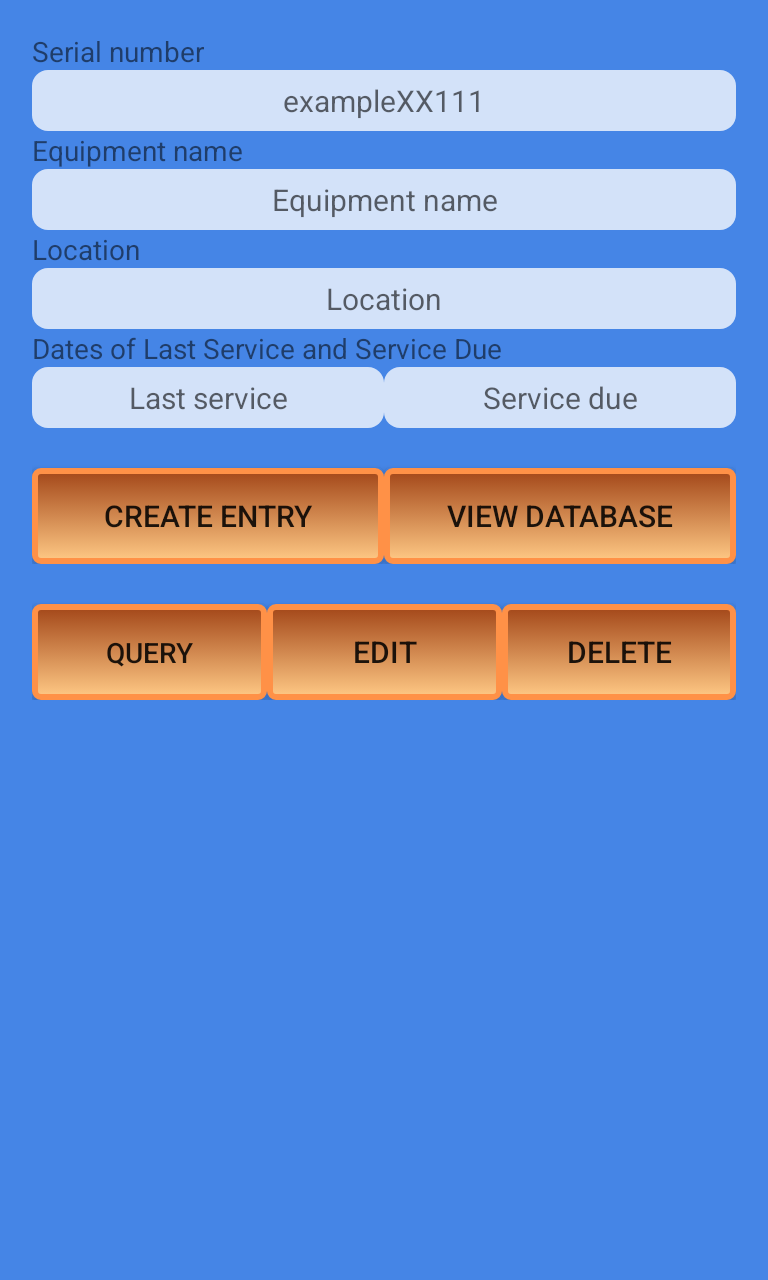
Repository: procmillie/AppKeepV9.12.14
Layout: StupidApp/res/layout/activity_database__home123.xml
An editor plug-in stored every save of this project. The layout is shown before and after the next save, followed by the edit.
It is drawn on a 768 x 1280 px phone screen (xhdpi) without system bars, with theme AppTheme; the app's code is not run.

Above is the layout before, as saved 2014-11-26 18:39:22.

### StupidApp/res/layout/activity_database__home123.xml
<LinearLayout xmlns:android="http://schemas.android.com/apk/res/android"
    xmlns:tools="http://schemas.android.com/tools"
    android:layout_width="match_parent"
    android:layout_height="match_parent"
    android:background="@color/bground_color"
    android:orientation="vertical"
    android:paddingBottom="@dimen/activity_vertical_margin"
    android:paddingLeft="@dimen/activity_horizontal_margin"
    android:paddingRight="@dimen/activity_horizontal_margin"
    android:paddingTop="@dimen/activity_vertical_margin"
    tools:context="ie.nuim.cs.appkeep.Database_Home" >

    <!-- Text box for equipment serial number -->

    <TextView
        android:id="@+id/tv_serial_num"
        android:layout_width="wrap_content"
        android:layout_height="wrap_content"
        android:gravity="center"
        android:text="@string/serial_num" />

    <EditText
        android:id="@+id/et_db_serial_num"
        android:layout_width="match_parent"
        android:layout_height="wrap_content"
        android:layout_gravity="center"
        android:background="@drawable/rounded_box"
        android:ems="10"
        android:gravity="center"
        android:hint="@string/serial_num_hint"
        android:padding="5dp"
        android:textSize="15sp" />

    <!-- Text box for equipment name -->

    <TextView
        android:id="@+id/tv_db_equip_name"
        android:layout_width="wrap_content"
        android:layout_height="wrap_content"
        android:gravity="center"
        android:text="@string/equip_name" />

    <EditText
        android:id="@+id/et_db_equip_name"
        android:layout_width="match_parent"
        android:layout_height="wrap_content"
        android:layout_gravity="center"
        android:background="@drawable/rounded_box"
        android:ems="10"
        android:gravity="center"
        android:hint="@string/equip_name"
        android:padding="5dp"
        android:textSize="15sp" />

    <!-- Text box for equipment location -->

    <TextView
        android:id="@+id/tv_db_eqip_location"
        android:layout_width="wrap_content"
        android:gravity="center"
        android:layout_height="wrap_content"
        android:text="@string/equip_location" />

    <EditText
        android:id="@+id/et_db_eqip_location"
        android:layout_width="match_parent"
        android:layout_height="wrap_content"
        android:layout_gravity="center"
        android:background="@drawable/rounded_box"
        android:ems="10"
        android:gravity="center"
        android:hint="@string/equip_location"
        android:padding="5dp"
        android:textSize="15sp" />

   <!-- Allowing two edit text views linking to datePickers on the same line -->


    <TextView
        android:id="@+id/tv_db_set_dates"
        android:layout_width="wrap_content"
        android:gravity="center"
        android:layout_height="wrap_content"
        android:text="Dates of Last Service and Service Due" />

    <LinearLayout
        android:layout_width="match_parent"
        android:layout_height="wrap_content"
        android:orientation="horizontal" >

        <!-- Button to conect to DatePicker for date of last service -->


    <EditText
        android:id="@+id/et_db_set_last_date"
        android:layout_width="match_parent"
        android:layout_height="wrap_content"
        android:layout_gravity="center"
        android:background="@drawable/rounded_box"
        android:ems="10"
        android:gravity="center"
        android:hint="@string/date_last"
        android:padding="5dp"
        android:layout_weight="40"
        android:textSize="15sp" />


    <EditText
        android:id="@+id/et_db_set_due_date"
        android:layout_width="match_parent"
        android:layout_height="wrap_content"
        android:layout_gravity="center"
        android:background="@drawable/rounded_box"
        android:ems="10"
        android:gravity="center"
        android:hint="@string/date_due"
        android:padding="5dp"
        android:layout_weight="40"
        android:textSize="15sp" />
       <!--   <Button
            android:id="@+id/bn_db_date_last_service"
            android:layout_width="wrap_content"
            android:layout_height="wrap_content"
            android:layout_marginTop="20dp"
            android:layout_marginEnd="20dp"
            android:layout_marginRight="20dp"
            android:layout_marginLeft="20dp"
            android:layout_weight="1"
            android:background="@drawable/button_style"
            android:paddingLeft="4dp"
            android:paddingRight="4dp"
            android:text="@string/date_last"
            android:textSize="15sp" />

         Button to conect to DatePicker for date service due

        <Button
            android:id="@+id/bn_db_date_due"
            android:layout_width="wrap_content"
            android:layout_height="wrap_content"
            android:layout_marginRight="20dp"
            android:layout_marginLeft="20dp"
            android:layout_marginStart="20dp"
            android:layout_marginTop="20dp"
            android:layout_weight="1"
            android:background="@drawable/button_style"
            android:paddingLeft="4dp"
            android:paddingRight="4dp"
            android:text="@string/date_due"
            android:textSize="15sp" />-->

    </LinearLayout>


    <!-- Allowing two buttons to appear on the same line within the wrapper LinearLayout -->

    <LinearLayout
        android:layout_width="match_parent"
        android:layout_height="wrap_content"
        android:orientation="horizontal"
        android:weightSum="100">

        <!-- Button to input database -->

        <Button
            android:id="@+id/bn_db_input"
            android:layout_width="match_parent"
            android:layout_height="wrap_content"
            android:layout_marginTop="20dp"
            android:layout_weight="50"
            android:background="@drawable/button_style"
            android:paddingLeft="4dp"
            android:paddingRight="4dp"
            android:text="@string/create_entry"

            android:textSize="15sp" />

        <!-- Button to view database -->

        <Button
            android:id="@+id/bn_db_view"
            android:layout_width="match_parent"
            android:layout_height="wrap_content"
            android:layout_marginTop="20dp"

            android:background="@drawable/button_style"
            android:paddingLeft="4dp"
            android:paddingRight="4dp"
            android:text="@string/view_db"
            android:layout_weight="50"
            android:textSize="15sp" />

    </LinearLayout>


     <!-- Buttons to edit, query and delete database -->

    <LinearLayout
        android:layout_width="match_parent"
        android:layout_height="wrap_content"
        android:orientation="horizontal" >



        <Button
        android:id="@+id/bn_db_set_query"
        android:layout_width="match_parent"
        android:layout_height="wrap_content"

        android:layout_marginTop="20dp"
        android:layout_weight="30"
        android:gravity="center"
        android:background="@drawable/button_style"
        android:text="@string/query" />


        <Button
            android:id="@+id/bn_db_edit"
            android:layout_width="match_parent"
            android:layout_height="wrap_content"
            android:layout_marginTop="20dp"
             android:layout_weight="30"
            android:background="@drawable/button_style"

            android:text="@string/edit_entry"

            android:textSize="15sp" />



        <Button
            android:id="@+id/bn_db_delete"
            android:layout_width="match_parent"
            android:layout_height="wrap_content"
            android:layout_marginTop="20dp"

            android:background="@drawable/button_style"
            android:paddingLeft="4dp"
            android:paddingRight="4dp"
            android:text="@string/delete_entry"
            android:layout_weight="30"
            android:textSize="15sp" />


     </LinearLayout>

</LinearLayout>

### StupidApp/res/values/strings.xml
<?xml version="1.0" encoding="utf-8"?>
<resources>

    <string name="app_name">AppKeep</string>
    <string name="hello_world">Hello world!</string>
    <string name="action_settings">Settings</string>

    <!-- Strings for DATABASE INPUT screen -->
    <!-- Setting up background color and strings for text hints and text box titles that let users know what data to enter -->

    <color name="bground_color">#4585E6</color>
    <color name="editText_bground">#D3E2F9</color>
    <string name="serial_num">Serial number</string>
    <string name="serial_num_hint">exampleXX111</string>
    <string name="equip_name">Equipment name</string>
    <string name="equip_location">Location</string>
    <string name="date_last">Last service</string>
    <string name="date_due">Service due</string>
    <string name="set_reminder">Set Reminder</string>
    <string name="query">Query</string>

    <string name="view_db">View Database</string>
    <string name="num">Number</string>
    <string name="edit_entry">Edit</string>
      <string name="delete_entry">Delete</string>


    <!--  Manifest String names -->
    <string name="database_homescreen">Database Homescreen</string>
    <string name="database_view">Database View</string>

    <!--  DatePicker String names -->
     <string name="set_date">Set Date</string>
     <string name="set_date_hint">Set Date</string>
     <string name="set_date_last_service">Set Date of Last Service</string>


    <!--  Button strings to input and edit database entries. Colors used:
    #FF9147 - pale gold
    #FF8533 - dark gold
    A34719 - brown-->
    <string name="create_entry">Create entry</string>
    <string name="view_database">View Database</string>
    <color name="bn_color">#FF9147</color>
    <color name="bn_color2">#FFC985</color>
    <color name="bn_color3">#FF0000</color>
    <color name="bn_color4">#FF3333</color>
    <color name="bn_color5">#FFC985</color>
    <color name="bn_color6">#A34719</color>
    <color name="bn_color7">#99FF66</color>




</resources>

### StupidApp/res/drawable-hdpi/rounded_box.xml
<?xml version="1.0" encoding="utf-8"?>


<!-- Styling the editText box, rounded corners and light blue background -->

    <shape xmlns:android="http://schemas.android.com/apk/res/android"
    android:padding="8dp"

    android:shape="rectangle" >
    <solid android:color="#D3E2F9" />
    <corners android:radius="8dp" />
</shape>

### StupidApp/res/drawable-hdpi/button_style.xml
<?xml version="1.0" encoding="utf-8"?>
<selector
    xmlns:android="http://schemas.android.com/apk/res/android">

    <item android:state_pressed="true" >
        <shape>
            <gradient
                android:startColor="@color/bn_color"
                android:endColor="@color/bn_color2"
                android:angle="270" />
            <stroke
                android:width="3dp"
                android:color="@color/bn_color" />
            <corners
                android:radius="3dp" />
            <padding
                android:left="10dp"
                android:top="10dp"
                android:right="10dp"
                android:bottom="10dp" />
        </shape>
    </item>

    <item android:state_focused="true" >
        <shape>
            <gradient
                android:endColor="@color/bn_color3"
                android:startColor="@color/bn_color4"
                android:angle="270" />
            <stroke
                android:width="3dp"
                android:color="@color/bn_color" />
            <corners
                android:radius="3dp" />
            <padding
                android:left="10dp"
                android:top="10dp"
                android:right="10dp"
                android:bottom="10dp" />
        </shape>
    </item>

    <item>
        <shape>
            <gradient
                android:endColor="@color/bn_color5"
                android:startColor="@color/bn_color6"
                android:angle="270" />
            <stroke
                android:width="3dp"
                android:color="@color/bn_color" />
            <corners
                android:radius="3dp" />
            <padding
                android:left="10dp"
                android:top="10dp"
                android:right="10dp"
                android:bottom="10dp" />
        </shape>
    </item>
</selector>

Loaded but not shown: StupidApp/res/values/styles.xml (common file); StupidApp/res/values-v11/styles.xml (common file); StupidApp/res/values-v14/styles.xml (common file); StupidApp/res/values/dimens.xml (common file); StupidApp/res/values-w820dp/dimens.xml (common file)

After the next save:
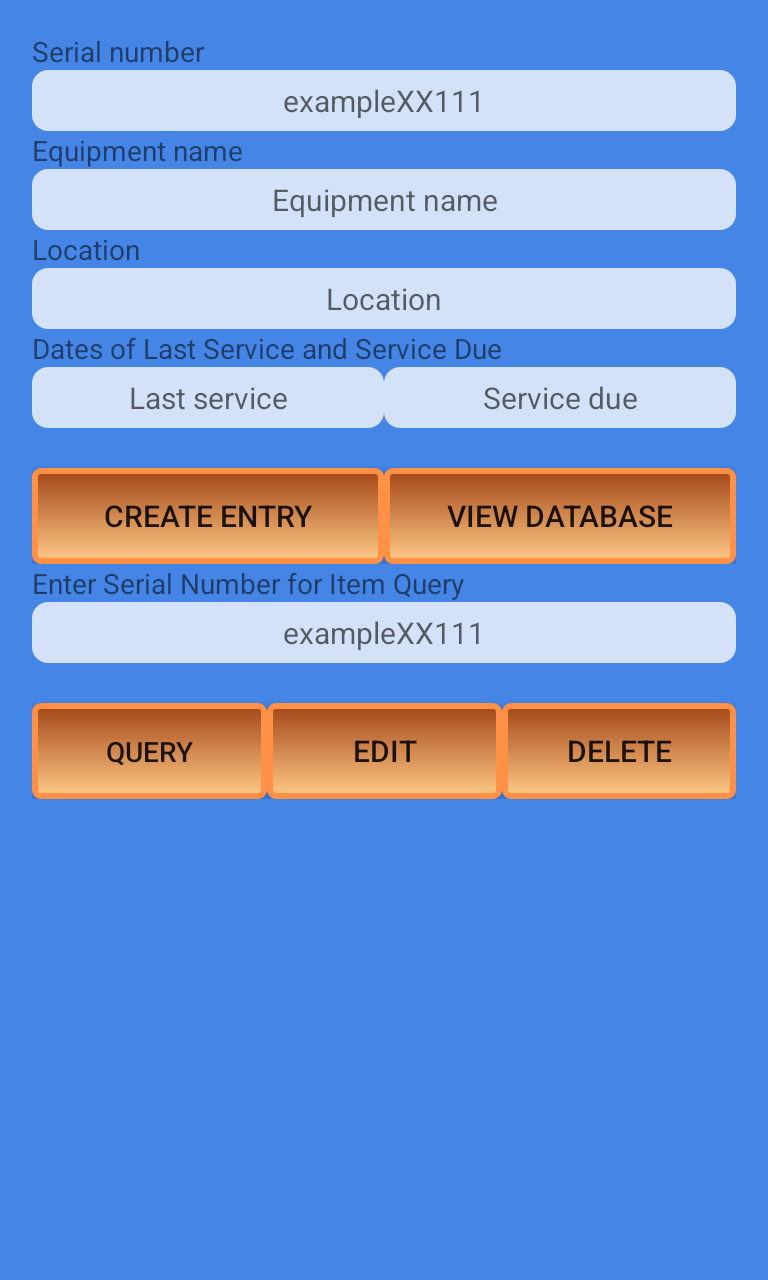
Saved 5 min 24 s later.
--- a/StupidApp/res/layout/activity_database__home123.xml
+++ b/StupidApp/res/layout/activity_database__home123.xml
@@ -195,6 +195,27 @@
 
      <!-- Buttons to edit, query and delete database -->
 
+     <TextView
+        android:id="@+id/tv_db_query_by_serial_num"
+        android:layout_width="wrap_content"
+        android:gravity="center"
+        android:layout_height="wrap_content"
+        android:text="Enter Serial Number for Item Query" />
+
+      <EditText
+        android:id="@+id/et_db_query_by_serial_num"
+        android:layout_width="match_parent"
+        android:layout_height="wrap_content"
+        android:layout_gravity="center"
+        android:background="@drawable/rounded_box"
+        android:ems="10"
+        android:gravity="center"
+        android:hint="@string/serial_num_hint"
+        android:padding="5dp"
+
+        android:textSize="15sp" />
+
+
     <LinearLayout
         android:layout_width="match_parent"
         android:layout_height="wrap_content"
